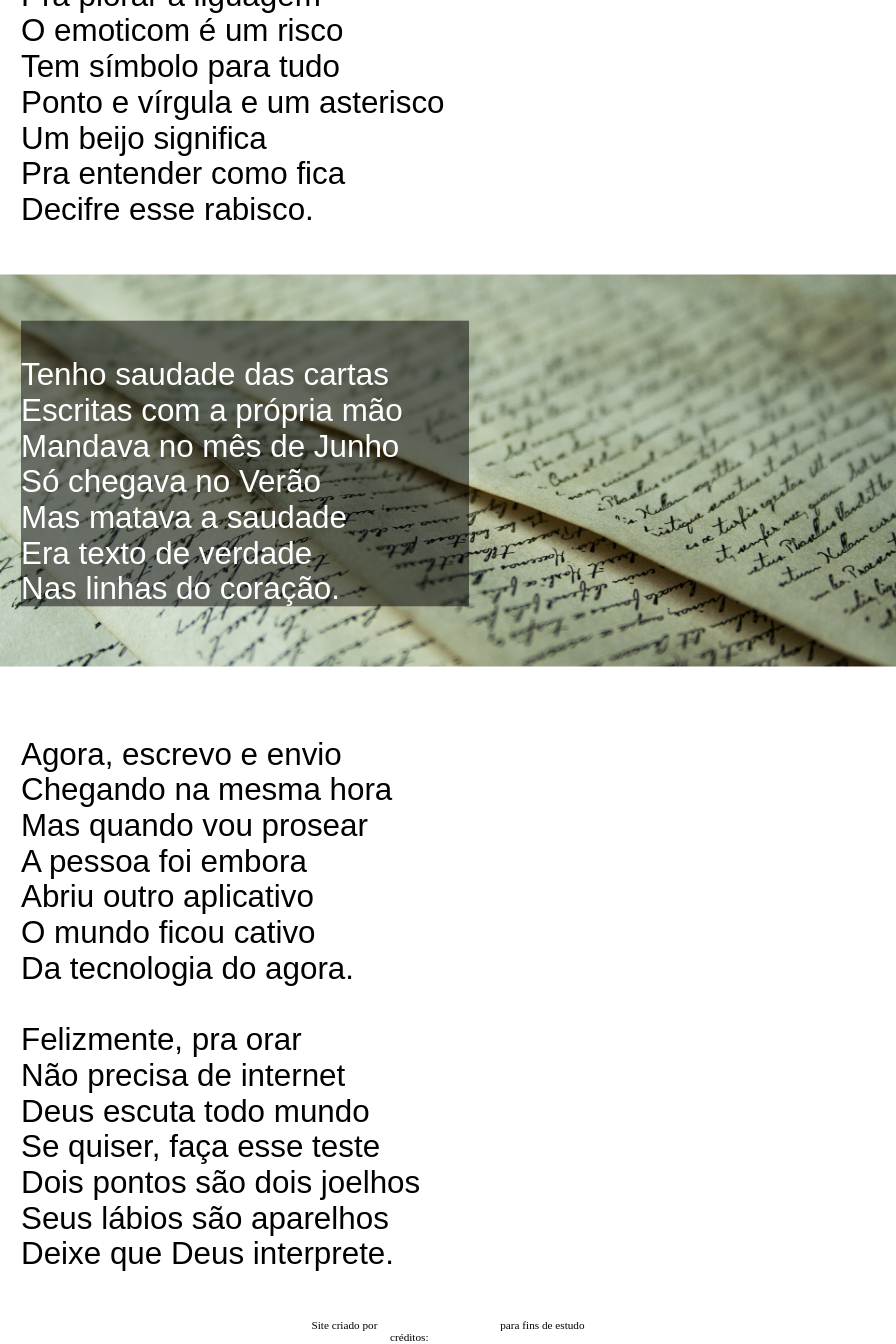
Repository: jorgprado/curso-html-css-Guanabara
Page: exec-pag-cordel/index.html
An editor plug-in stored every save of this project. The page is shown before and after a run of saves, followed by the edit.
The browser window is 1280 px wide. The pictures show the part of the page from y = 1853 to 3773 px (the page is 3773 px tall), at 70% of full size.
Backgrounds fixed to the window are drawn as part of the page. Some web fonts or font styles are not loaded; a fallback is used.

Above is the page before, as saved 2023-05-18 17:03:04.

### exec-pag-cordel/index.html
<!DOCTYPE html>
<html lang="pt-br">
<head>
    <meta charset="UTF-8">
    <meta http-equiv="X-UA-Compatible" content="IE=edge">
    <meta name="viewport" content="width=device-width, initial-scale=1.0">
    <link rel="stylesheet" href="estilos/style.css">
    <title>Cordel Moderno</title>
</head>
<body>
    <header>
        <h1>Cordel Moderno</h1>
        <p>Por <a href="https://www.recantodasletras.com.br/poesias/3186743" target="_blank">Milton Duarte</a></p>
    </header>
    <main>
        <article>

            <div class="box">
                <p>
                    Estou ficando cansado
                    Da tal tecnologia
                    Só se fala por e-mail
                    Mensagem curta e fria
                    Twitter e Facebook
                    Antes que eu caduque
                    Vou dizer tudo em poesia.
                </p>
            </div>

            <div class="box box-img">
                <p class="bg">
                    Não é mais como era antes
                    É tudo abreviado
                    "Você" só tem duas letras
                    O "O" e o "E" foi riscado
                    Para declarar o amor
                    Basta botar uma flor
                    E um coração desenhado.
                </p>
            </div>

            <div class="box">
                <p>
                    Arroba agora não pesa
                    É parte de um endereço
                    Ponto final nem se usa
                    Ou vai até no começo
                    Agora é .com

                    Se o saite é muito bom
                    Ele vale um alto preço.
                    Pra piorar a liguagem
                    O emoticom é um risco
                    Tem símbolo para tudo
                    Ponto e vírgula e um asterisco
                    Um beijo significa
                    Pra entender como fica
                    Decifre esse rabisco.
                </p>
            </div>

            <div class="box box-img1">

                    <p class="bg">
                        Tenho saudade das cartas
                        Escritas com a própria mão
                        Mandava no mês de Junho
                        Só chegava no Verão
                        Mas matava a saudade
                        Era texto de verdade
                        Nas linhas do coração.
                    </p>

            </div>

            <div class="box">
                <p>
                    Agora, escrevo e envio
                    Chegando na mesma hora
                    Mas quando vou prosear
                    A pessoa foi embora
                    Abriu outro aplicativo
                    O mundo ficou cativo
                    Da tecnologia do agora.

                    Felizmente, pra orar
                    Não precisa de internet
                    Deus escuta todo mundo
                    Se quiser, faça esse teste
                    Dois pontos são dois joelhos
                    Seus lábios são aparelhos
                    Deixe que Deus interprete.
                </p>
            </div>
        </article>
    </main>
    <footer>
        <p>Site criado por <a href="https://github.com/jorgprado">Jorge Henrique de Lima</a> para fins de estudo</p>
        <p>créditos: <a href="https://www.cursoemvideo.com/">Curso em video</a></p>
    </footer>

</body>
</html>

### exec-pag-cordel/estilos/style.css
@import url('https://fonts.googleapis.com/css2?family=Passion+One:wght@700&family=Sriracha&display=swap');

*{
    padding: 0;
    margin: 0;
    font-size: 1em;
}

a{
    text-decoration: none;
    color: white;
    font-weight: bolder;
}



header{
    color: white;
    background-color: black;
    text-align: center;

}

header h1{
    padding-top: 50px;
    color: white;
    font-family: 'Passion One', sans-serif;
    font-variant: small-caps;
    font-size: 10vw;
}


header p{
    color:white;
    font-family: sans-serif;
    padding-bottom: 50px;
}


main article .box{
    white-space: pre-line;
    padding: 30px 0px 50px 30px;

}

main article .box p{
    font-family: 'Sriracha', sans-serif;
    font-size: 3.5vw;

}

main article .box-img{
    background-image: url(../imagens/background001.jpg);
    background-attachment: fixed;
    background-position: center right;
    background-size: cover;
}

main article .box-img1{
    background-image: url(../imagens/background002.jpg);
    background-attachment: fixed;
    background-position: center right;
    background-size: cover;
}

main article .bg{
    background-color:rgba(0, 0, 0, .5);
    color: white;
    width: 50vw;
}

footer{
    text-align: center;
    background-color
}

After the next 4 saves:
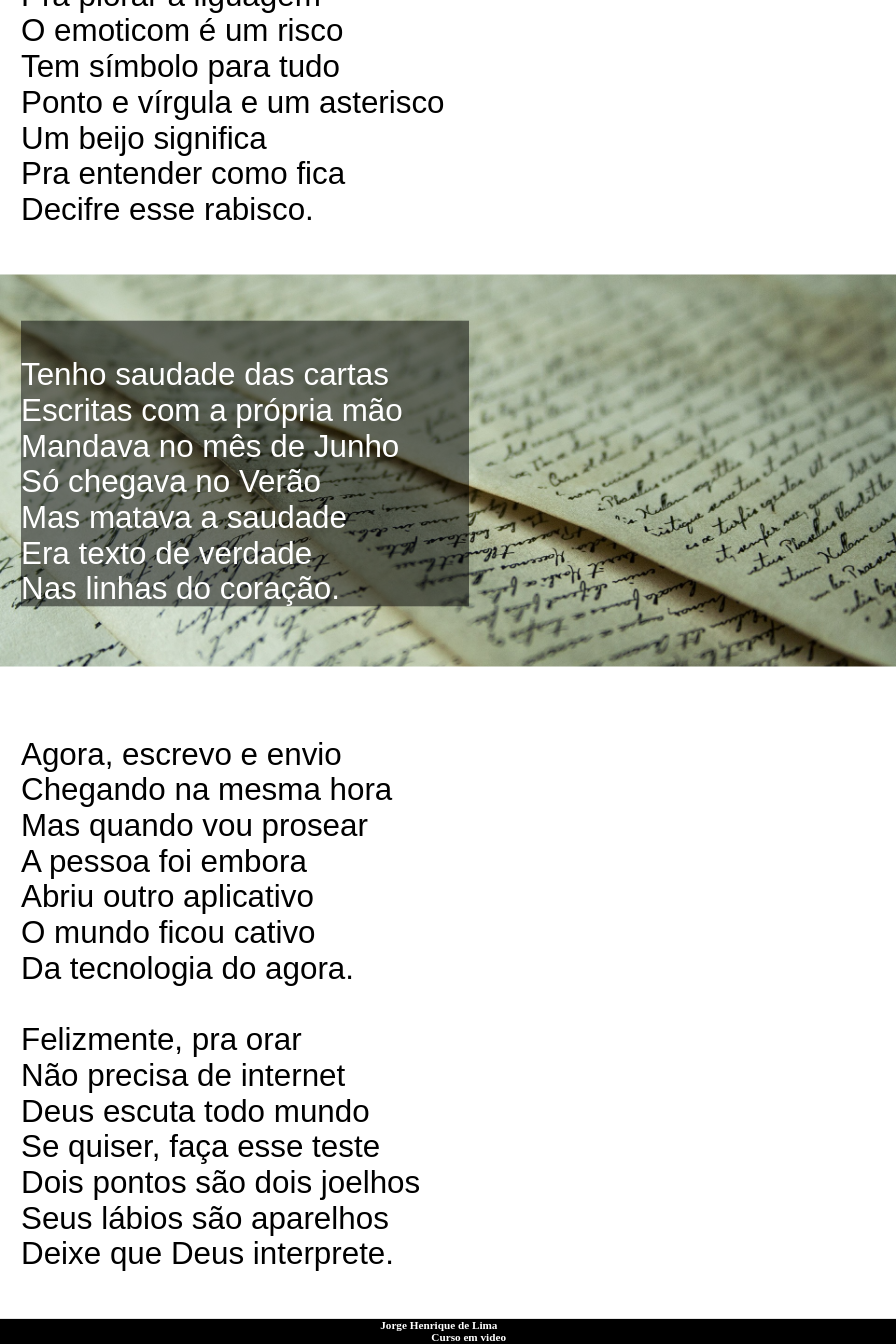
The 4 saves are shown as one change because they came seconds apart.
The last was saved 11 s later.
--- a/exec-pag-cordel/estilos/style.css
+++ b/exec-pag-cordel/estilos/style.css
@@ -71,5 +71,5 @@ main article .bg{
 
 footer{
     text-align: center;
-    background-color
+    background-color:black;
 }
